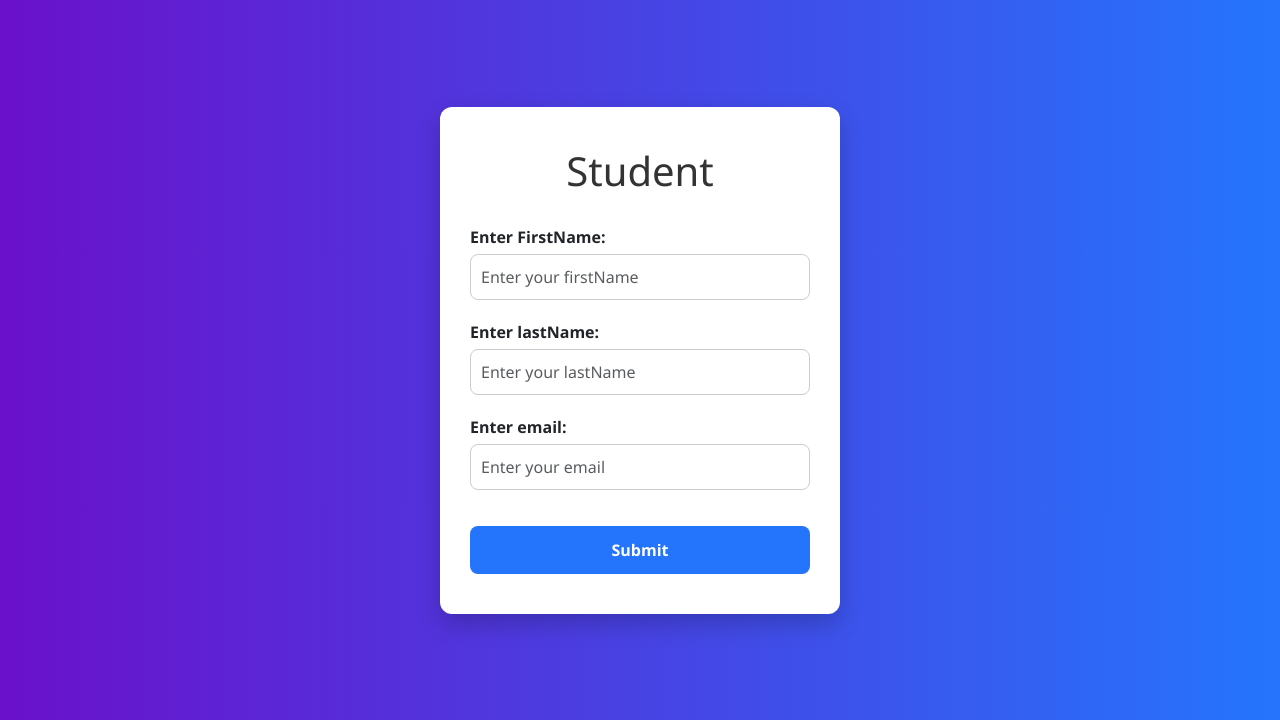
Repository: Mali-Sagar-A/Advance_Web_Java
Page: http://localhost/HibernateWeb/
The author's editor kept a copy of each file at every save. The page is drawn from the files as they stood at one save, then again after the next save.
The browser window is 1280 px wide. The pictures show the whole page.
The page is served by Tomcat 9.

Above is the page before, as saved 2025-05-21 10:44:10.

After the next save:
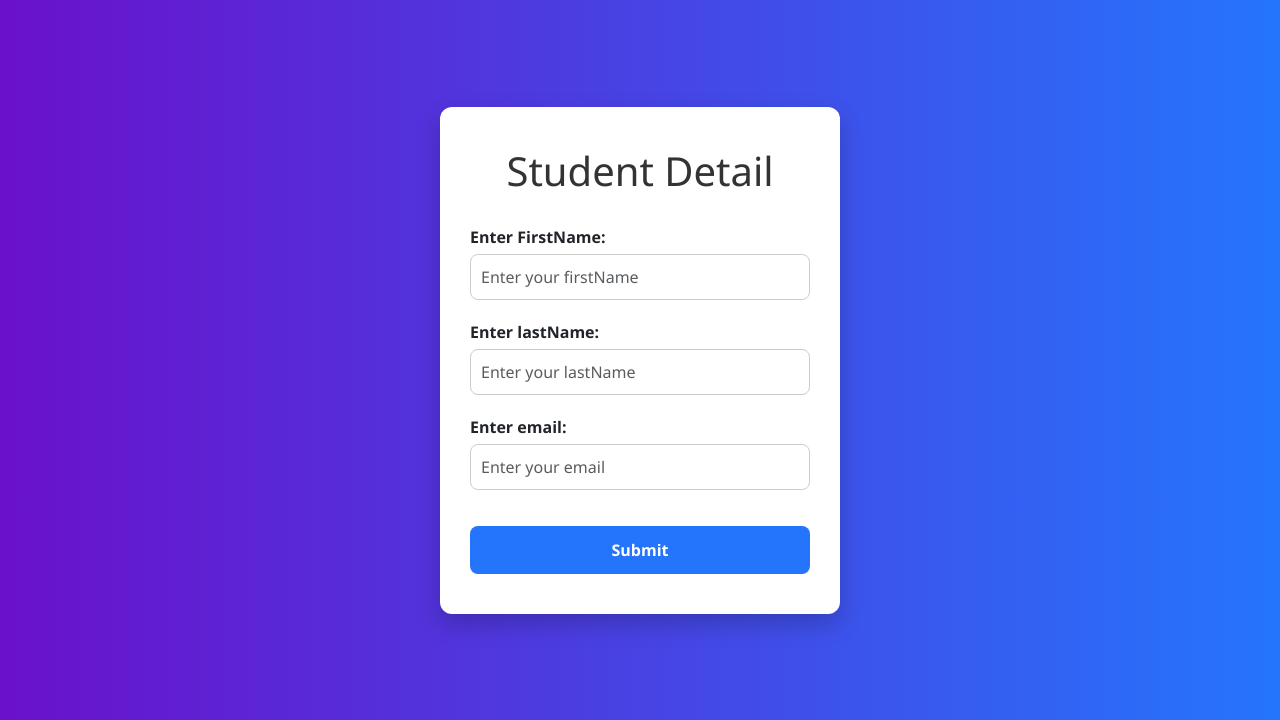
Saved 18 s later.
--- a/HibernateWeb/src/main/webapp/index.jsp
+++ b/HibernateWeb/src/main/webapp/index.jsp
@@ -84,7 +84,7 @@
 <body>
 
   <div class="login-container">
-    <h1>Student</h1>
+    <h1>Student Detail</h1>
     <div id="error" class="error-message"></div>
     <form action="Next.jsp" method="post" name="">
       <label for="firastName" class="form-label">Enter FirstName:</label>
